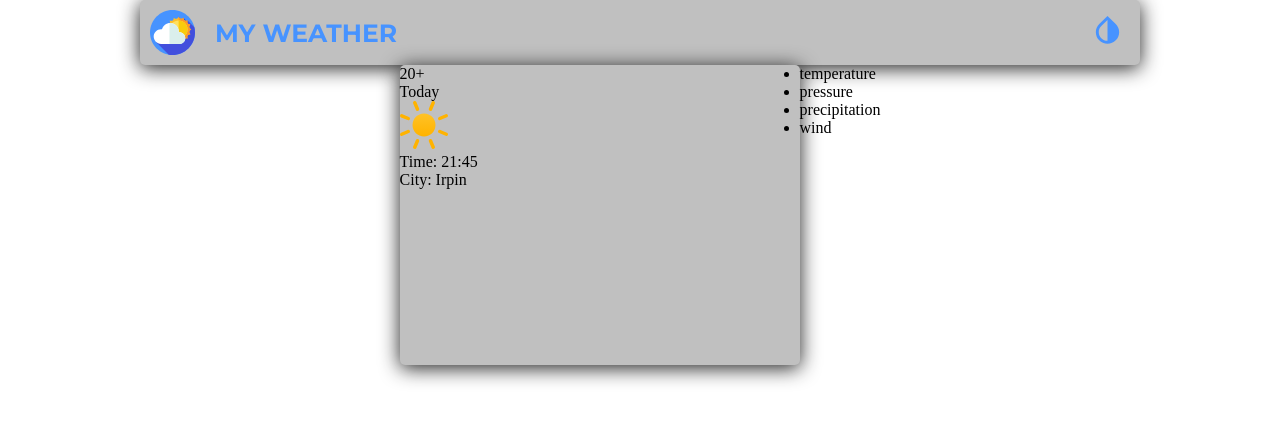
Repository: YuraKrvz/my_weather2
Page: /
The author's editor kept a copy of each file at every save. The page is drawn from the files as they stood at one save, then again after the next save.
The browser window is 1280 px wide. The pictures show the whole page.
The project was rebuilt for these pictures with package versions that can differ from the ones it lists, and the page was loaded fresh each time.

Above is the page before, as saved 2022-01-25 18:12:35.

### src/index.css
@import url('https://fonts.googleapis.com/css2?family=Montserrat:wght@300;400;500;600;700&display=swap');
*,
*:after,
*:before{
  box-sizing: border-box;
  margin: 0;
  padding: 0;
}
body{
  background-color: var(--body-background);
}
:root{
  --color-default-blue: #4793FF;
}
.container{
  max-width: 1200px;
  margin: 0 auto;
  padding: 0 15px;
}
html[data-theme='true']{
  --body-background: #fff;
  --components-background: silver;
  --card-background: rgba(71, 147, 255, 0.2);
  --card-shadow: 0px 3px 20px rgba(5, 5, 5, 0.9);

  --text-color: #000;
}
html[data-theme='false']{
  --body-background: #0d1117;
  --components-background: #4f4f4f;
  --card-background: #2e3035;
  --card-shadow: 0px 3px 20px rgba(147, 144, 144, 0.9);
  --text-color: #fff;
}

### src/App.js
import Header from './components/Header/Header';
import MyWeather from './components/MyWeather/MyWeather';

export default function App() {

  return (
    <div className='container'>
     <Header />
     <MyWeather />

    </div>
  );
};

### src/components/header/Header.jsx
import React from 'react';
import useTheme from '../../hooks/useTheme';
import s from './Header.module.css';
import {GeneratorSvgIcon} from '../../assets/GeneratorSvgIcon.js';

export default function Header() {
  const {theme, setTheme} = useTheme();

  return (
   <header className={s.wrap__header}>
      <div className={s.inner}>
         <GeneratorSvgIcon className={s.logo__img} id='header-logo' />
         <h1 className={s.header__logo_text}>My weather</h1>
      </div>
      <span onClick={()=> setTheme(!theme)} >
         <GeneratorSvgIcon className={s.logo__img} id='change-theme'/>
      </span>
   </header>
  );
}

### src/components/MyWeather/MyWeather.jsx
import React from 'react';
import { GeneratorSvgIcon } from '../../assets/GeneratorSvgIcon';
import s from './MyWeather.module.css';

export default function MyWeather() {
  return (
   <section className={s.wrapper}>
      <div className={s.main}>
         <span>
            <span>
               <p className={s.temp__main}>20+</p>
               <p className={s.day}>Today</p>
            </span>
            <GeneratorSvgIcon id='sun' />
         </span>
         <p className={s.time}>Time: 21:45</p>
         <p className={s.city}>City: Irpin</p>
      </div>
      <div className={s.description}>
         <ul className={s.list}>
            <li className={s.temp__description}>temperature</li>
            <li className={s.pressure}>pressure</li>
            <li className={s.precipitation}>precipitation</li>
            <li className={s.wind}>wind</li>
         </ul>
      </div>
   </section>
  );
}

### src/hooks/useTheme.js
import {useState, useLayoutEffect} from 'react';

export default function useTheme() {
   const [theme, setTheme] = useState(true);

   useLayoutEffect( ()=>{
      document.documentElement.setAttribute('data-theme', theme);
   }, [theme] )

   return {theme, setTheme};
}

### src/components/header/Header.module.css
.wrap__header{
   display: flex;
   justify-content: space-between;
   align-items: center;
   background-color: var(--components-background);
   box-shadow: var(--card-shadow);
   border-radius: 5px;
   padding: 10px;
   margin: 0 auto;
   width: 1000px;
   height: 65px;
   left: 360px;
   top: 20px;
}
.inner{
   display: flex;
   align-items: center;
}
.logo__img{
   width: 45px;
}
.header__logo_text{
   margin-left: 20px;
   width: 230px;
   height: 30px;
   font-style: normal;
   font-weight: bold;
   font-size: 25px;
   line-height: 30px;
   text-transform: uppercase;
   font-family: Montserrat;
   color: var(--color-default-blue);
}
.button__theme{

}

### src/components/MyWeather/MyWeather.module.css
.wrapper{
   display: flex;
   justify-content: center;
}
.main{
   height: 300px;
   width: 400px;
   background-color: var(--components-background);
   box-shadow: var(--card-shadow);
   border-radius: 5px;
}
.temp__main{}
.day{}
.time{}
.city{}
.description{}
.list{}
.temp__description{}
.pressure{}
.precipitation{}
.wind{}

Loaded but not shown: public/index.html (common file); src/index.js (common file); src/assets/GeneratorSvgIcon.js (401 lines, source omitted)

After the next save:
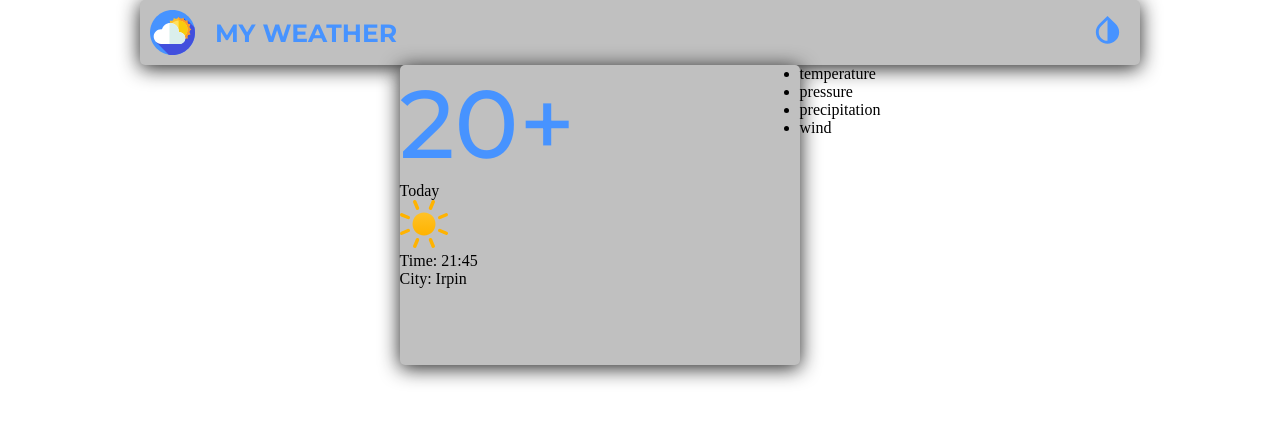
Saved 64 s later.
--- a/src/components/MyWeather/MyWeather.module.css
+++ b/src/components/MyWeather/MyWeather.module.css
@@ -9,7 +9,19 @@
    box-shadow: var(--card-shadow);
    border-radius: 5px;
 }
-.temp__main{}
+.temp__main{
+   width: 160px;
+height: 117px;
+left: 380px;
+top: 135px;
+
+font-family: Montserrat;
+font-style: normal;
+font-weight: 500;
+font-size: 96px;
+line-height: 117px;
+color: var(--color-default-blue);
+}
 .day{}
 .time{}
 .city{}
